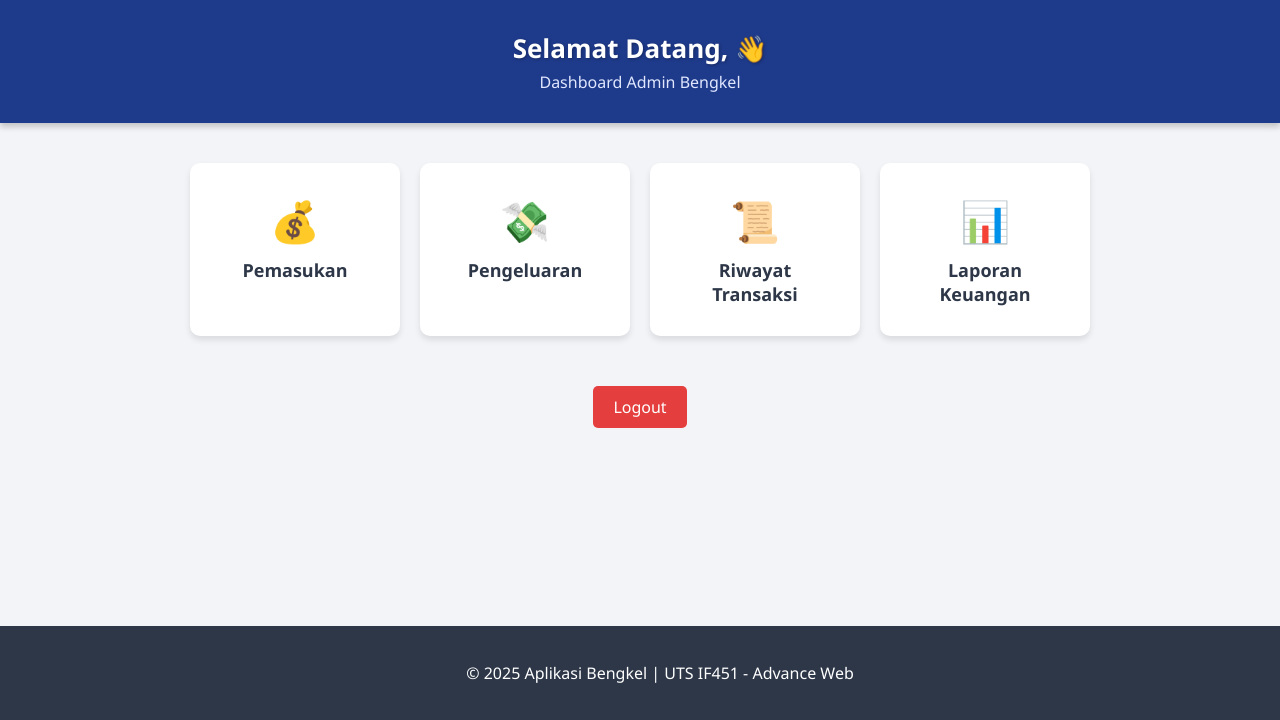
Repository: eligrahphilip/bengkel_managemen
Page: views/admin-menu.ejs
An editor plug-in stored every save of this project. The page is shown before and after the next save, followed by the edit.
The browser window is 1280 px wide. The pictures show the whole page.
The page is served by the project's Node server (server.js). The template is opened directly, without the code that normally fills it, so the values that code supplies are empty.

Above is the page before, as saved 2025-10-10 19:24:05.

### views/admin-menu.ejs
<!DOCTYPE html>
<html lang="id">
<head>
  <meta charset="UTF-8">
  <meta name="viewport" content="width=device-width, initial-scale=1.0">
  <title>Menu Utama Admin</title>
  <link rel="stylesheet" href="/css/style.css">
  <style>
    body {
    font-family: "Segoe UI", Tahoma, Geneva, Verdana, sans-serif;
    background-color: #f2f4f7;
    margin: 0;
    padding: 0;
  }

  header {
    background-color: #1E3A8A; /* 🔹 biru tua */
    color: #ffffff;            /* 🔹 teks putih */
    padding: 30px 20px;
    text-align: center;
    box-shadow: 0 4px 6px rgba(0, 0, 0, 0.2);
  }

  h2 {
    margin: 0;
    font-size: 26px;
    color: #ffffff; /* pastikan teks tetap putih */
    text-shadow: 1px 1px 3px rgba(0, 0, 0, 0.3); /* 🔹 biar nggak nyatu */
  }

  header p {
    margin: 5px 0 0;
    font-size: 16px;
    color: #E0E7FF; /* 🔹 biru muda lembut */
  }


    .menu-container {
      display: grid;
      grid-template-columns: repeat(auto-fit, minmax(200px, 1fr));
      gap: 20px;
      padding: 40px;
      max-width: 900px;
      margin: 0 auto;
    }

    .menu-card {
      background: white;
      border-radius: 10px;
      padding: 30px;
      text-align: center;
      box-shadow: 0 4px 6px rgba(0, 0, 0, 0.1);
      transition: all 0.3s ease;
      cursor: pointer;
    }

    .menu-card:hover {
      transform: translateY(-5px);
      box-shadow: 0 8px 12px rgba(0, 0, 0, 0.15);
    }

    .menu-card a {
      display: block;
      color: #2d3748;
      font-weight: bold;
      font-size: 18px;
      text-decoration: none;
      margin-top: 10px;
    }

    .menu-card span {
      font-size: 40px;
    }

    footer {
      text-align: center;
      padding: 20px;
      background-color: #2d3748;
      color: white;
      position: fixed;
      bottom: 0;
      width: 100%;
    }

    .logout {
      text-align: center;
      margin-top: 20px;
    }

    .logout a {
      color: white;
      background: #e53e3e;
      padding: 10px 20px;
      border-radius: 5px;
      text-decoration: none;
      transition: 0.3s;
    }

    .logout a:hover {
      background: #c53030;
    }
  </style>
</head>
<body>
  <header>
    <h2>Selamat Datang, <%= user.username %> 👋</h2>
    <p>Dashboard Admin Bengkel</p>
  </header>

  <div class="menu-container">
    <div class="menu-card">
      <span>💰</span>
      <a href="/admin/income">Pemasukan</a>
    </div>

    <div class="menu-card">
      <span>💸</span>
      <a href="/admin/expense">Pengeluaran</a>
    </div>

    <div class="menu-card">
      <span>📜</span>
      <a href="/admin/history">Riwayat Transaksi</a>
    </div>

    <div class="menu-card">
      <span>📊</span>
      <a href="/report">Laporan Keuangan</a>
    </div>
  </div>

  <div class="logout">
    <a href="/logout">Logout</a>
  </div>

  <footer>
    <p>© 2025 Aplikasi Bengkel | UTS IF451 - Advance Web</p>
  </footer>
</body>
</html>

### server.js
const express = require("express");
const path = require("path");
const fs = require("fs");
const bodyParser = require("body-parser");
const session = require("express-session");

const app = express();
const PORT = 3000;

// Middleware
app.use(bodyParser.urlencoded({ extended: true }));
app.use(express.static("public"));
app.use(
  session({
    secret: "bengkel-secret",
    resave: false,
    saveUninitialized: true,
  })
);

// Set EJS
app.set("view engine", "ejs");
app.set("views", path.join(__dirname, "views"));

// File data
const usersPath = path.join(__dirname, "data", "users.json");
const transPath = path.join(__dirname, "data", "transactions.json");

// === ROUTES ===

// Login
app.get("/", (req, res) => {
  res.render("login", { error: null });
});

// Proses login
app.post("/login", (req, res) => {
  const { username, password } = req.body;
  const users = JSON.parse(fs.readFileSync(usersPath));
  const user = users.find(
    (u) => u.username === username && u.password === password
  );

  if (!user) return res.render("login", { error: "Username atau password salah!" });

  req.session.user = user;
  if (user.role === "admin") return res.redirect("/admin/menu");
  else return res.redirect("/user");
});

// Logout
app.get("/logout", (req, res) => {
  req.session.destroy();
  res.redirect("/");
});

// === ADMIN ===

// Menu utama admin
app.get("/admin/menu", (req, res) => {
  if (!req.session.user || req.session.user.role !== "admin")
    return res.redirect("/");
  res.render("admin-menu", { user: req.session.user });
});

// Pencatatan Pemasukan
app.get("/admin/income", (req, res) => {
  if (!req.session.user || req.session.user.role !== "admin")
    return res.redirect("/");
  res.render("admin-income", { user: req.session.user });
});

// Pencatatan Pengeluaran
app.get("/admin/expense", (req, res) => {
  if (!req.session.user || req.session.user.role !== "admin")
    return res.redirect("/");
  res.render("admin-expense", { user: req.session.user });
});

// Tambah transaksi
app.post("/admin/add", (req, res) => {
  const { tanggal, keterangan, jumlah, jenis } = req.body;
  const transactions = JSON.parse(fs.readFileSync(transPath));

  const newTrans = {
    id: Date.now(),
    tanggal,
    keterangan,
    jumlah: parseFloat(jumlah),
    jenis, // income / expense
  };

  transactions.push(newTrans);
  fs.writeFileSync(transPath, JSON.stringify(transactions, null, 2));

  res.redirect("/admin/history");
});

// Riwayat transaksi
app.get("/admin/history", (req, res) => {
  if (!req.session.user || req.session.user.role !== "admin")
    return res.redirect("/");
  const transactions = JSON.parse(fs.readFileSync(transPath));
  res.render("admin-history", { user: req.session.user, transactions });
});

// Laporan Keuangan
app.get("/report", (req, res) => {
  if (!req.session.user || req.session.user.role !== "admin")
    return res.redirect("/");

  const transactions = JSON.parse(fs.readFileSync(transPath));

  const totalIncome = transactions
    .filter((t) => t.jenis === "income")
    .reduce((sum, t) => sum + t.jumlah, 0);

  const totalExpense = transactions
    .filter((t) => t.jenis === "expense")
    .reduce((sum, t) => sum + t.jumlah, 0);

  const saldo = totalIncome - totalExpense;

  res.render("report", {
    user: req.session.user,
    transactions,
    totalIncome,
    totalExpense,
    saldo,
  });
});

// === USER ===
app.get("/user", (req, res) => {
  if (!req.session.user || req.session.user.role !== "user")
    return res.redirect("/");
  res.render("user-catalog", { user: req.session.user });
});

app.listen(PORT, () =>
  console.log(`Server running on http://localhost:${PORT}`)
);

### public/css/style.css
body {
  font-family: Arial, sans-serif;
  margin: 20px;
  background: #f3f4f6;
}

h2, h3 {
  color: #333;
}

form, table {
  margin-top: 15px;
}

input, button {
  margin: 5px;
  padding: 6px;
}

table {
  border-collapse: collapse;
  width: 100%;
  background: white;
}

table, th, td {
  border: 1px solid #ccc;
  padding: 6px;
}

.error {
  color: red;
}

After the next save:
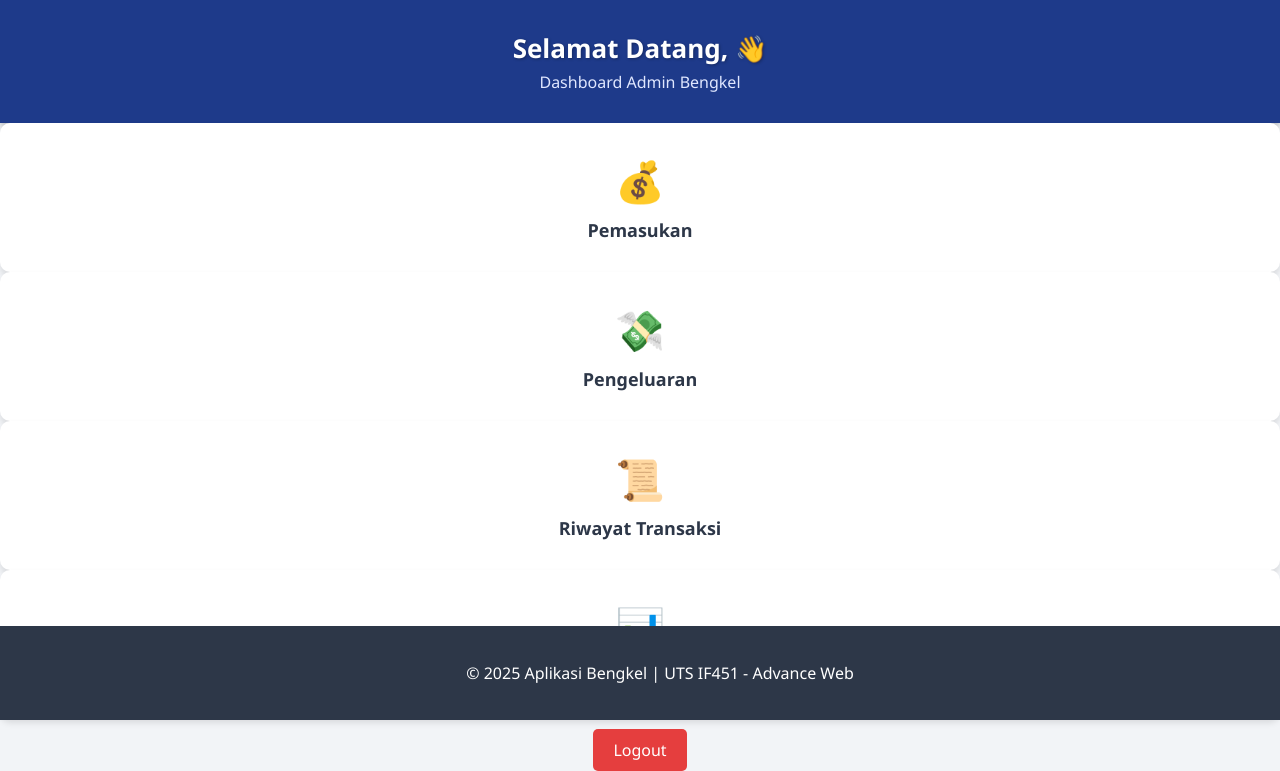
Saved 2 min 13 s later.
--- a/views/admin-menu.ejs
+++ b/views/admin-menu.ejs
@@ -35,42 +35,37 @@
   }
 
 
-    .menu-container {
-      display: grid;
-      grid-template-columns: repeat(auto-fit, minmax(200px, 1fr));
-      gap: 20px;
-      padding: 40px;
-      max-width: 900px;
-      margin: 0 auto;
-    }
+    .menu-card {
+  background: white;
+  border-radius: 10px;
+  padding: 30px;
+  text-align: center;
+  box-shadow: 0 4px 6px rgba(0, 0, 0, 0.1);
+  transition: all 0.3s ease;
+  cursor: pointer;
 
-    .menu-card {
-      background: white;
-      border-radius: 10px;
-      padding: 30px;
-      text-align: center;
-      box-shadow: 0 4px 6px rgba(0, 0, 0, 0.1);
-      transition: all 0.3s ease;
-      cursor: pointer;
-    }
+  /* ini penting: biar seluruh card jadi area klik */
+  text-decoration: none;
+  color: #2d3748;
+  display: block;
+}
 
-    .menu-card:hover {
-      transform: translateY(-5px);
-      box-shadow: 0 8px 12px rgba(0, 0, 0, 0.15);
-    }
+.menu-card:hover {
+  transform: translateY(-5px);
+  box-shadow: 0 8px 12px rgba(0, 0, 0, 0.15);
+  background-color: #f8fafc;
+}
 
-    .menu-card a {
-      display: block;
-      color: #2d3748;
-      font-weight: bold;
-      font-size: 18px;
-      text-decoration: none;
-      margin-top: 10px;
-    }
+.menu-card span {
+  font-size: 40px;
+  display: block;
+}
 
-    .menu-card span {
-      font-size: 40px;
-    }
+.menu-card p {
+  margin: 10px 0 0;
+  font-weight: bold;
+  font-size: 18px;
+}
 
     footer {
       text-align: center;
@@ -108,26 +103,29 @@
   </header>
 
   <div class="menu-container">
-    <div class="menu-card">
-      <span>💰</span>
-      <a href="/admin/income">Pemasukan</a>
-    </div>
 
-    <div class="menu-card">
-      <span>💸</span>
-      <a href="/admin/expense">Pengeluaran</a>
-    </div>
+  <a href="/admin/income" class="menu-card">
+    <span>💰</span>
+    <p>Pemasukan</p>
+  </a>
 
-    <div class="menu-card">
-      <span>📜</span>
-      <a href="/admin/history">Riwayat Transaksi</a>
-    </div>
+  <a href="/admin/expense" class="menu-card">
+    <span>💸</span>
+    <p>Pengeluaran</p>
+  </a>
 
-    <div class="menu-card">
-      <span>📊</span>
-      <a href="/report">Laporan Keuangan</a>
-    </div>
-  </div>
+  <a href="/admin/history" class="menu-card">
+    <span>📜</span>
+    <p>Riwayat Transaksi</p>
+  </a>
+
+  <a href="/report" class="menu-card">
+    <span>📊</span>
+    <p>Laporan Keuangan</p>
+  </a>
+
+</div>
+
 
   <div class="logout">
     <a href="/logout">Logout</a>
